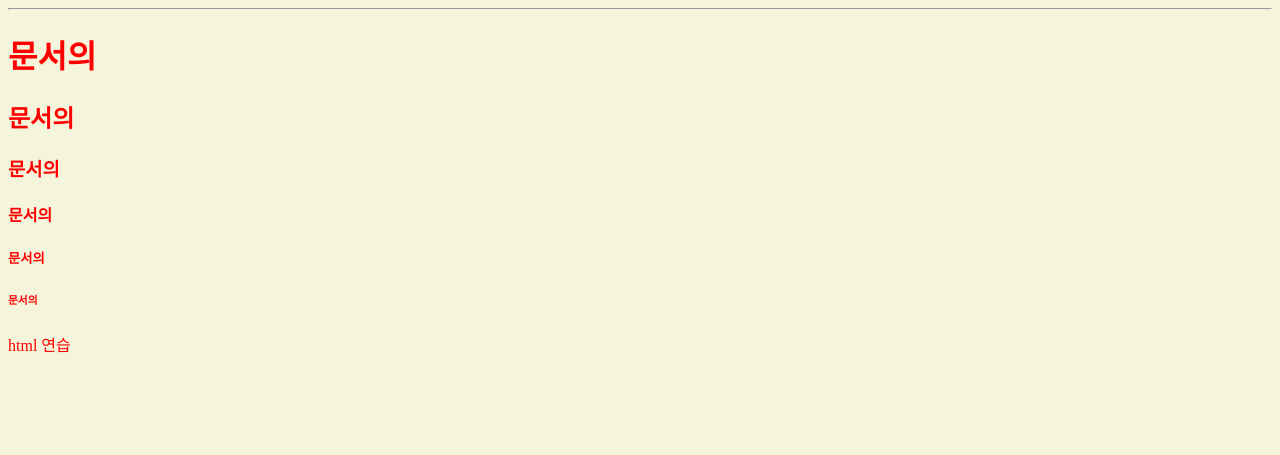
Repository: cleangggg/front
Page: html/ex03.html
The author's editor kept a copy of each file at every save. The page is drawn from the files as they stood at one save, then again after the next save.
The browser window is 1280 px wide. The pictures show the whole page.

Above is the page before, as saved 2023-05-22 03:57:05.

After the next save:
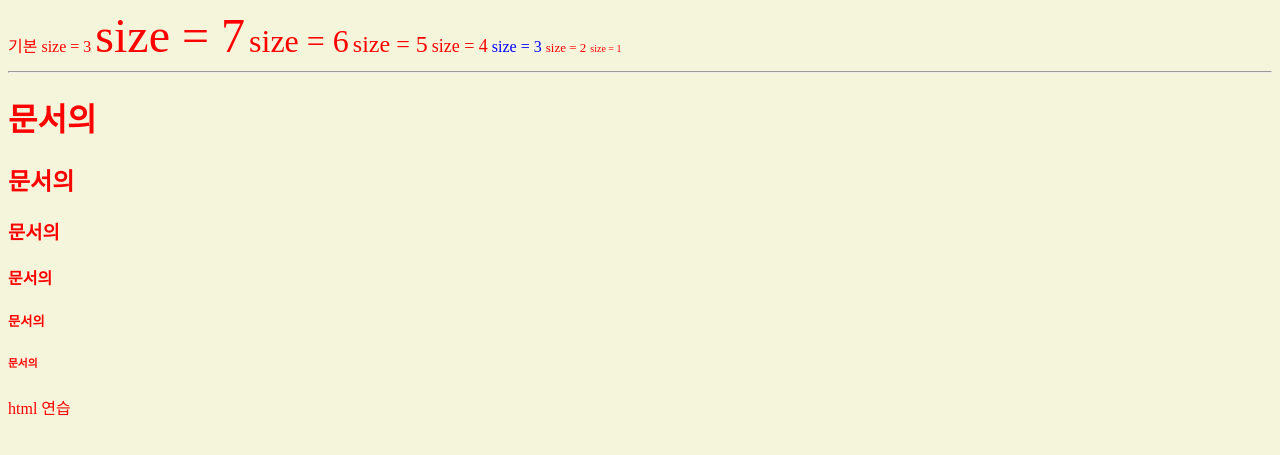
Saved 107 s later.
--- a/html/ex03.html
+++ b/html/ex03.html
@@ -6,7 +6,14 @@
 </head>
 <!-- <body text = "white" bgcolor = "black"> -->
 <body style="color: red; background: beige">
-
+	<font>기본 size = 3 </font>
+	<font size="7">size = 7</font>
+	<font size="6">size = 6</font>
+	<font size="5">size = 5</font>
+	<font size="4">size = 4</font>
+	<font size="3" face="궁서체" color="blue">size = 3</font>
+	<font size="2">size = 2</font>
+	<font size="1">size = 1</font>
 <hr>
 	<h1>문서의</h1>
 	<h2>문서의</h2>
